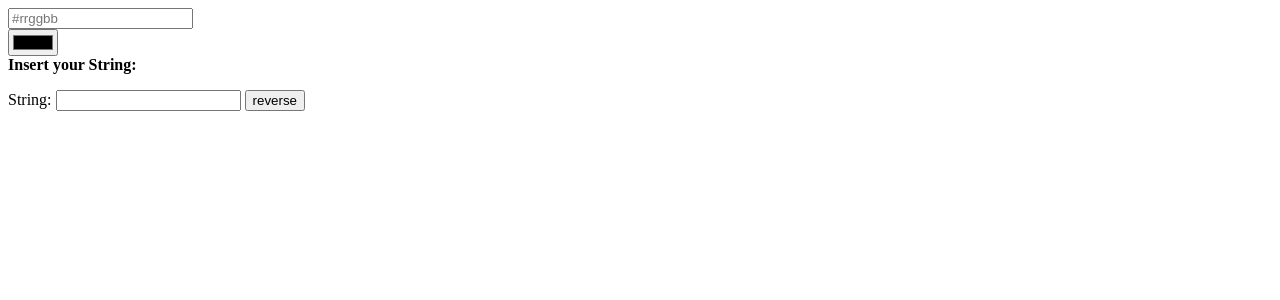
Repository: Micheal11/ReverseStringAssignment
Page: src/MyWidget/widget/template/MyWidget.html
These files come from the project's save history. The page is drawn as it stood at one moment and after the next save; the edit follows.
The browser window is 1280 px wide. The pictures show the whole page.

Above is the page before, as saved 2017-07-14 16:14:07.

### src/MyWidget/widget/template/MyWidget.html
<div class="widgetname">
    <form>
        <div class="input-group" data-dojo-attach-point="inputNodes">
            <input type="text" class="form-control" placeholder="#rrggbb" data-dojo-attach-point="colorInputNode">
            <div class="input-group-addon"><input type="color" data-dojo-attach-point="colorSelectNode"></div>
        </div>
          <div>
                <b>Insert your String:</b>
                <p>String: <input type="text" data-dojo-attach-point="ss">
                <button type="button" data-dojo-attach-event = "onClick: reversedString">reverse</button>

            </div>
    </form>

    <div class="widgetname-infoTextNode" data-dojo-attach-point="infoTextNode" />
</div>

After the next save:
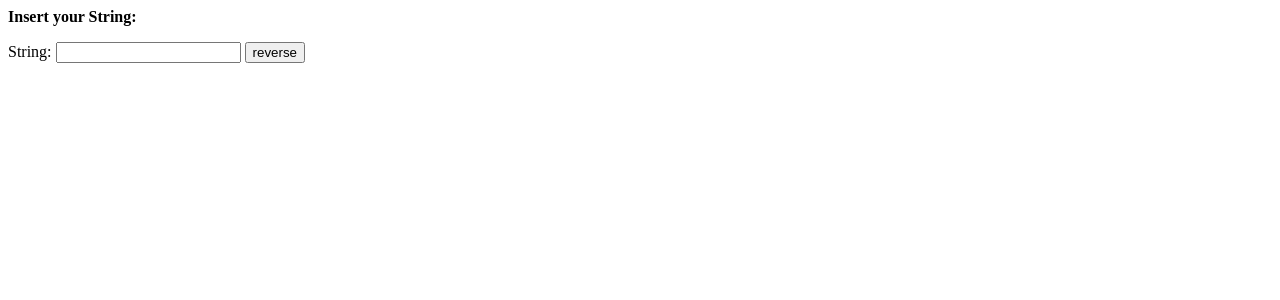
Saved 49 s later.
--- a/src/MyWidget/widget/template/MyWidget.html
+++ b/src/MyWidget/widget/template/MyWidget.html
@@ -1,8 +1,8 @@
 <div class="widgetname">
     <form>
         <div class="input-group" data-dojo-attach-point="inputNodes">
-            <input type="text" class="form-control" placeholder="#rrggbb" data-dojo-attach-point="colorInputNode">
-            <div class="input-group-addon"><input type="color" data-dojo-attach-point="colorSelectNode"></div>
+            <!-- <input type="text" class="form-control" placeholder="#rrggbb" data-dojo-attach-point="colorInputNode"> -->
+         <!--   <div class="input-group-addon"><input type="color" data-dojo-attach-point="colorSelectNode"></div> -->
         </div>
           <div>
                 <b>Insert your String:</b>

After the save that followed:
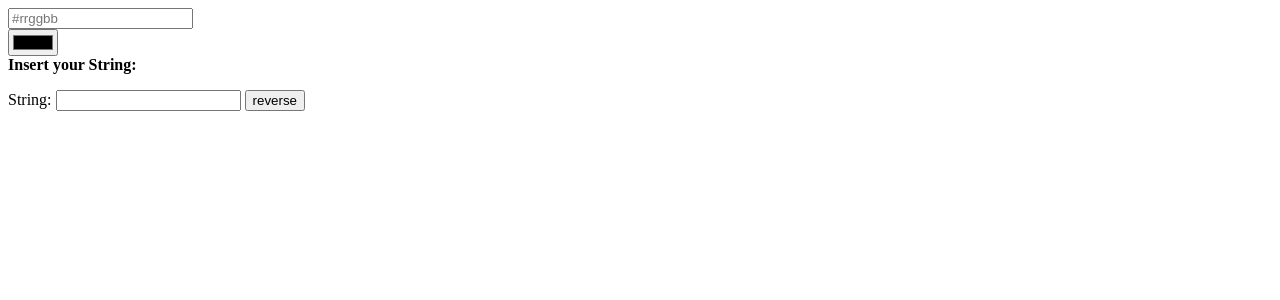
Saved 76 s later.
--- a/src/MyWidget/widget/template/MyWidget.html
+++ b/src/MyWidget/widget/template/MyWidget.html
@@ -1,8 +1,8 @@
 <div class="widgetname">
     <form>
         <div class="input-group" data-dojo-attach-point="inputNodes">
-            <!-- <input type="text" class="form-control" placeholder="#rrggbb" data-dojo-attach-point="colorInputNode"> -->
-         <!--   <div class="input-group-addon"><input type="color" data-dojo-attach-point="colorSelectNode"></div> -->
+            <input type="text" class="form-control" placeholder="#rrggbb" data-dojo-attach-point="colorInputNode">
+            <div class="input-group-addon"><input type="color" data-dojo-attach-point="colorSelectNode"></div>
         </div>
           <div>
                 <b>Insert your String:</b>
